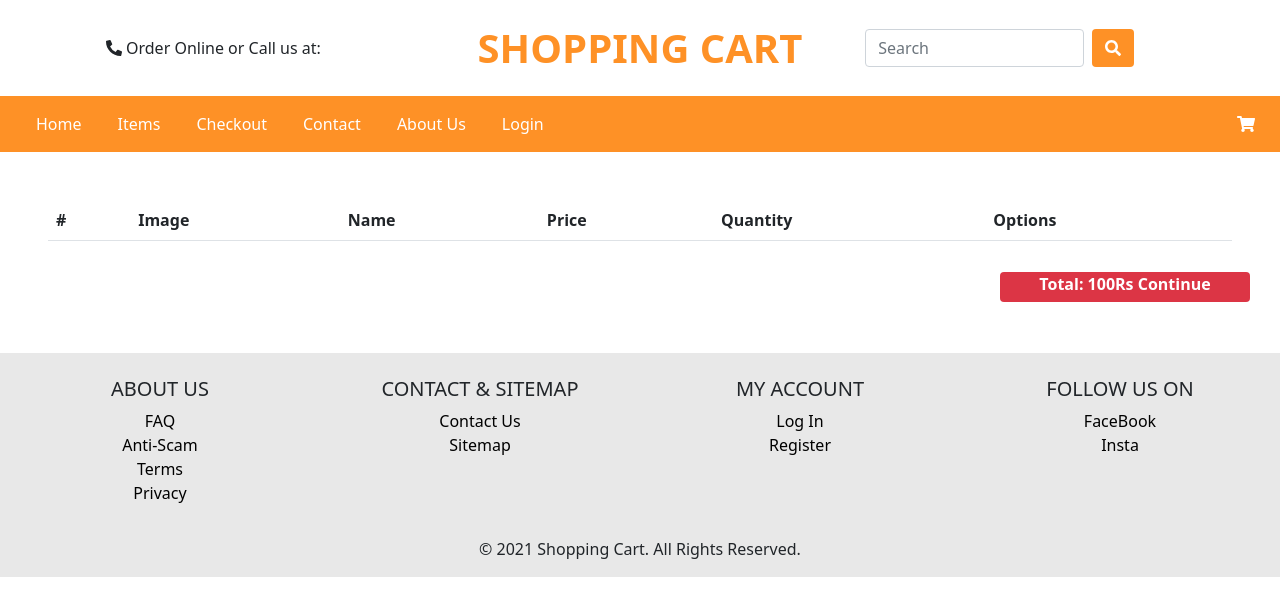
Repository: SaudCh/React-Ecommerce
Page: /cart
These files come from the project's save history. The page is drawn as it stood at one moment and after the next save; the edit follows.
The browser window is 1280 px wide. The pictures show the whole page.
The project was rebuilt for these pictures with package versions that can differ from the ones it lists, and the page was loaded fresh each time. Also part of the build but not shown: src/App.css, src/Home/Carousel.jsx, src/data/items.js, src/data/discounted.js, src/Home/Card.jsx, src/Home/home.jsx, src/Login/Login.jsx, src/Register/register.jsx and 3 more.

Above is the page before, as saved 2021-12-22 15:33:16.

### src/App.js
import "./App.css";
import Header from "./Header/Header";
import "../node_modules/bootstrap/dist/css/bootstrap.min.css";
import "../node_modules/bootstrap/dist/js/bootstrap.bundle.min";
import Home from "./Home/home";
import { BrowserRouter, Switch, Route } from "react-router-dom";
import Login from "./Login/Login";
import Register from "./Register/register";
import Item from "./Item/item";
import Footer from "./Footer/Footer";
import React, { useState } from "react";
import Cart from "./Cart/Cart";
import CheckOut from "./CheckOut/CheckOut";

function App() {
  const [cart, setCart] = useState([]);
  const cartHandler = (prod) => {
    //console.log(prod);
    setCart((product) => [...product, prod]);
    //console.log(cart);
  };
  const removeCart = (id) => {
    //console.log(id);
    setCart((c) => {
      return c.filter((ca) => ca.id !== id);
    });
  };
  return (
    <BrowserRouter>
      <Header cart={cart} />
      <Switch>
        <Route path="/" exact>
          <Home cartHandler={cartHandler} />
        </Route>
        <Route path="/product/:pid" exact>
          <Item />
        </Route>
        <Route path="/login" exact>
          <Login />
        </Route>
        <Route path="/register" exact>
          <Register />
        </Route>
        <Route path="/cart" exact>
          {/* <Register /> */}
          <Cart cart={cart} removeCart={removeCart} />
        </Route>
        <Route path="/checkout" exact>
          <CheckOut />
        </Route>
      </Switch>
      <Footer />
    </BrowserRouter>
  );
}

export default App;

### src/Header/Header.jsx
import {
  faPhoneAlt,
  faSearch,
  faShoppingCart,
} from "@fortawesome/free-solid-svg-icons";
import { FontAwesomeIcon } from "@fortawesome/react-fontawesome";
import React from "react";
import { Link } from "react-router-dom";
import "./Header.css";

export default function Header(props) {
  return (
    <div>
      <nav className="container-fluid  my-4">
        <div className="row align-items-center">
          <div className="col-12 col-md-4 my-2 my-lg-0 text-center ">
            <p className="m-0 p-0">
              <FontAwesomeIcon icon={faPhoneAlt} /> Order Online or Call us at:{" "}
            </p>
          </div>
          <div className="col-12 col-md-4 my-2 my-lg-0 text-center">
            <p className="m-0 fw-bold h1" style={{ color: "#fe9126" }}>
              SHOPPING CART
            </p>
          </div>
          <div className="col-12 col-md-4 my-2 my-lg-0 text-center">
            <form class="d-flex col-12 col-lg-8">
              <input
                class="form-control me-2"
                type="search"
                placeholder="Search"
                aria-label="Search"
              />
              <button
                class="btn text-white"
                style={{ backgroundColor: "#fe9126" }}
                type="submit"
              >
                <FontAwesomeIcon icon={faSearch} />
              </button>
            </form>
          </div>
        </div>
      </nav>
      <nav
        class="navbar navbar-expand-md navbar-dark"
        style={{ backgroundColor: "#fe9126" }}
      >
        <div class="container-fluid">
          <Link class="navbar-brand" href="#"></Link>

          <button
            class="navbar-toggler"
            type="button"
            data-bs-toggle="collapse"
            data-bs-target="#navbarSupportedContent"
            aria-controls="navbarSupportedContent"
            aria-expanded="false"
            aria-label="Toggle navigation"
          >
            <span class="navbar-toggler-icon"></span>
          </button>
          <div class="collapse navbar-collapse" id="navbarSupportedContent">
            <ul class="navbar-nav me-auto mb-2 mb-lg-0 nav-ul">
              <li class="nav-item">
                <Link class="nav-link  text-white" aria-current="page" to="/">
                  Home
                </Link>
              </li>
              <li class="nav-item">
                <Link class="nav-link  text-white" to="#">
                  Items
                </Link>
              </li>

              <li class="nav-item">
                <Link
                  class="nav-link text-white"
                  to="#"
                  tabindex="-1"
                  aria-disabled="true"
                >
                  Checkout
                </Link>
              </li>
              <li class="nav-item">
                <Link
                  class="nav-link text-white"
                  to="#"
                  tabindex="-1"
                  aria-disabled="true"
                >
                  Contact
                </Link>
              </li>
              <li class="nav-item">
                <Link
                  class="nav-link text-white"
                  to="#"
                  tabindex="-1"
                  aria-disabled="true"
                >
                  About Us
                </Link>
              </li>
              <li class="nav-item">
                <Link
                  class="nav-link text-white"
                  to="/login"
                  tabindex="-1"
                  aria-disabled="true"
                >
                  Login
                </Link>
              </li>
            </ul>
            <Link to="/cart" className="btn text-white">
              <FontAwesomeIcon icon={faShoppingCart} />
              {props.cart.length ? (
                <span
                  className="bg-danger"
                  style={{
                    borderRadius: "50%",
                    position: "absolute",
                    top: 10,
                    right: 10,
                    height: 20,
                    width: 20,
                    display: "flex",
                    alignItems: "center",
                    justifyContent: "center",
                  }}
                >
                  {props.cart.length}
                </span>
              ) : null}
            </Link>
          </div>
        </div>
      </nav>
    </div>
  );
}

### src/Footer/Footer.jsx
import React from "react";
import "./footer.css";

export default function Footer() {
  return (
    <footer
      style={{ backgroundColor: "#e8e8e8" }}
      class="page-footer font-small blue pt-4 mt-5"
    >
      <div class="container-fluid text-center text-md-left">
        <div class="row">
          <div class="col-md-3 mb-md-0 mb-3">
            <h5 class="text-uppercase">ABOUT US</h5>

            <ul class="list-unstyled">
              <li>
                <a href="#!">FAQ</a>
              </li>
              <li>
                <a href="#!">Anti-Scam</a>
              </li>
              <li>
                <a href="#!">Terms</a>
              </li>
              <li>
                <a href="#!">Privacy</a>
              </li>
            </ul>
          </div>
          <div class="col-md-3 mb-md-0 mb-3">
            <h5 class="text-uppercase">CONTACT & SITEMAP</h5>

            <ul class="list-unstyled">
              <li>
                <a href="#!">Contact Us</a>
              </li>
              <li>
                <a href="#!">Sitemap</a>
              </li>
            </ul>
          </div>
          <div class="col-md-3 mb-md-0 mb-3">
            <h5 class="text-uppercase">MY ACCOUNT</h5>

            <ul class="list-unstyled">
              <li>
                <a href="#!">Log In</a>
              </li>
              <li>
                <a href="#!">Register</a>
              </li>
            </ul>
          </div>

          <div class="col-md-3 mb-md-0 mb-3">
            <h5 class="text-uppercase">FOLLOW US ON</h5>

            <ul class="list-unstyled">
              <li>
                <a href="#!">FaceBook</a>
              </li>
              <li>
                <a href="#!">Insta</a>
              </li>
            </ul>
          </div>
        </div>
      </div>

      <div class="footer-copyright text-center py-3">
        © 2021 Shopping Cart. All Rights Reserved.
      </div>
    </footer>
  );
}

### src/Cart/Cart.jsx
import { faTrash } from "@fortawesome/free-solid-svg-icons";
import { FontAwesomeIcon } from "@fortawesome/react-fontawesome";
import React from "react";

export default function Cart(props) {
  return (
    <div className="p-5">
      <table class="table align-middle">
        <thead>
          <tr>
            <th scope="col">#</th>
            <th scope="col">Image</th>
            <th scope="col">Name</th>
            <th scope="col">Price</th>
            <th scope="col">Quantity</th>
            <th scope="col">Options</th>
          </tr>
        </thead>
        <tbody>
          {props.cart.map((e, index) => (
            <tr>
              <th scope="row">{index + 1}</th>
              <td>
                <img src={e.img} width={80} alt="" />
              </td>
              <td>{e.name}</td>
              <td>{e.price}</td>
              <td>
                <div className="d-flex">
                  <p
                    className="bg-danger text-white"
                    style={{ width: 20, paddingLeft: "7px" }}
                  >
                    -
                  </p>
                  <p className="mx-2">1</p>
                  <p
                    className="bg-info text-white"
                    style={{ width: 20, paddingLeft: "5px" }}
                  >
                    +
                  </p>
                </div>
              </td>
              <td>
                <button
                  onClick={() => props.removeCart(e.id)}
                  className="btn btn-danger btn-sm"
                >
                  <FontAwesomeIcon icon={faTrash} />
                </button>
              </td>
            </tr>
          ))}
        </tbody>
      </table>
      <div
        className="bg-danger d-flex justify-content-center rounded "
        style={{
          position: "absolute",
          right: "30px",
          width: 250,
          height: 30,
          marginTop: 15,
        }}
      >
        <p className="text-white fw-bold">Total: 100Rs Continue</p>
      </div>
    </div>
  );
}

### src/Header/Header.css
.nav-ul li {
  margin-right: 20px;
}

### src/Footer/footer.css
* {
  margin: 0;
  padding: 0;
}
.links {
  color: black;
  text-decoration: none;
}
.links:hover {
  color: black;
}

footer a {
  color: black;
  text-decoration: none;
}
footer a:hover {
  color: black;
}

Loaded but not shown: public/index.html (common file); src/index.js (common file); src/reportWebVitals.js (common file)

After the next save:
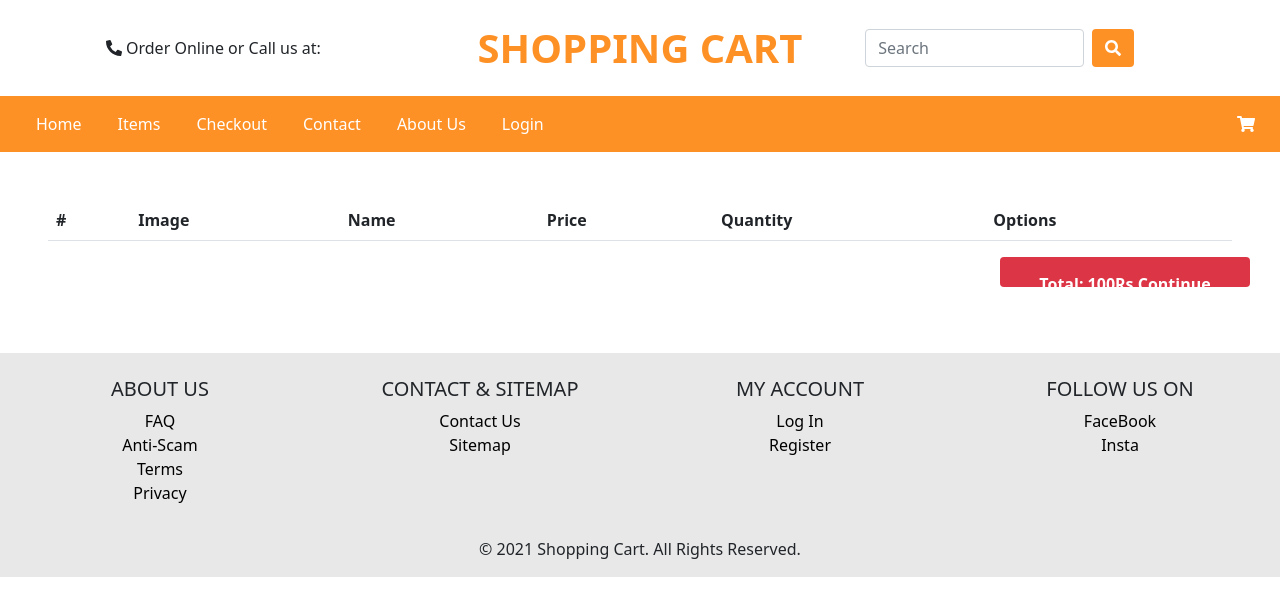
Saved 9 s later.
--- a/src/Cart/Cart.jsx
+++ b/src/Cart/Cart.jsx
@@ -61,7 +61,7 @@ export default function Cart(props) {
           right: "30px",
           width: 250,
           height: 30,
-          marginTop: 15,
+          paddingTop: 15,
         }}
       >
         <p className="text-white fw-bold">Total: 100Rs Continue</p>
